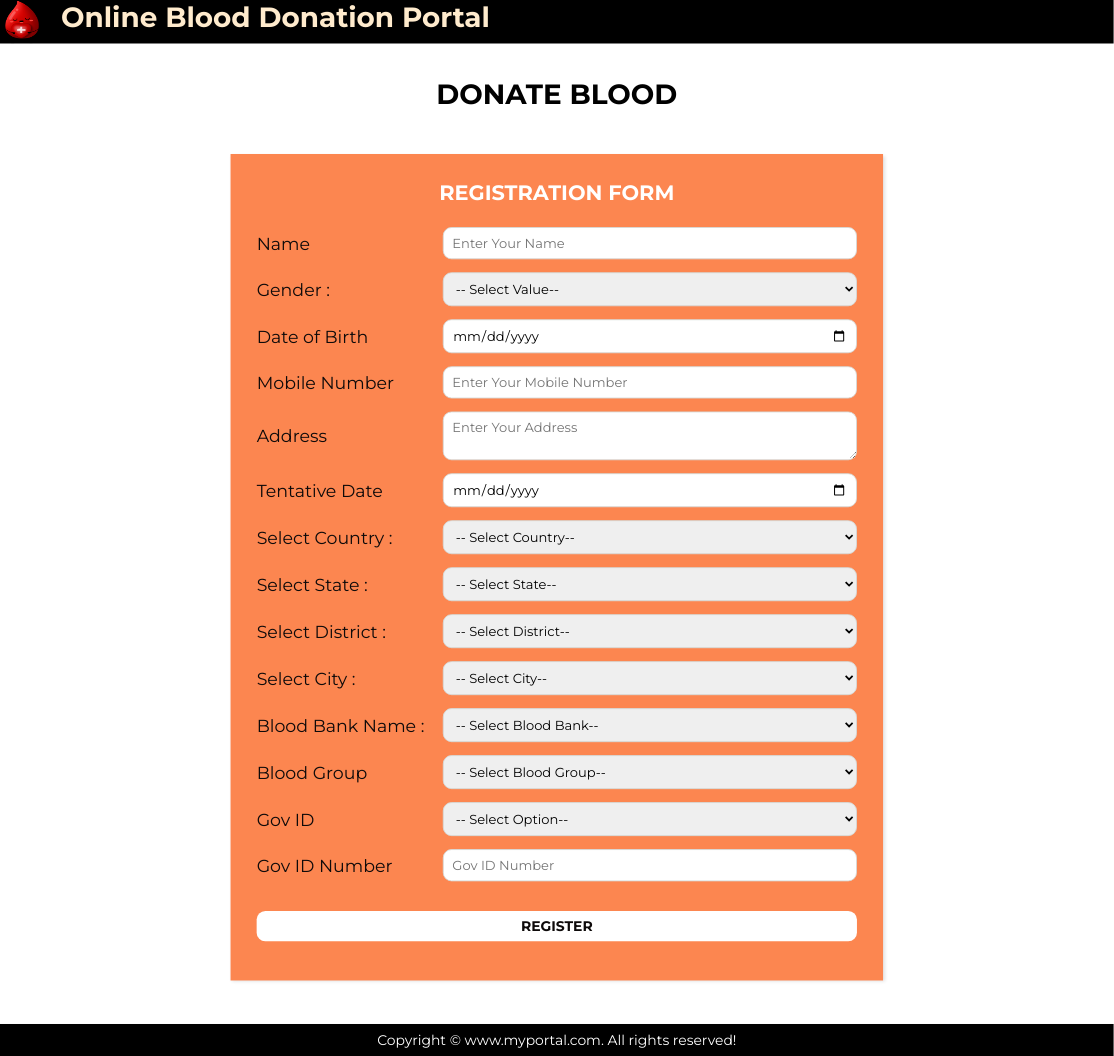
Repository: aditaya-burnwal/blood_donation_portal
Page: Donate Blood/donateblood.html
The author's editor kept a copy of each file at every save. The page is drawn from the files as they stood at one save, then again after the next save.
The browser window is 1280 px wide. The pictures show the whole page, at 87% of full size.

Above is the page before, as saved 2021-05-16 14:04:20.

After the next save:
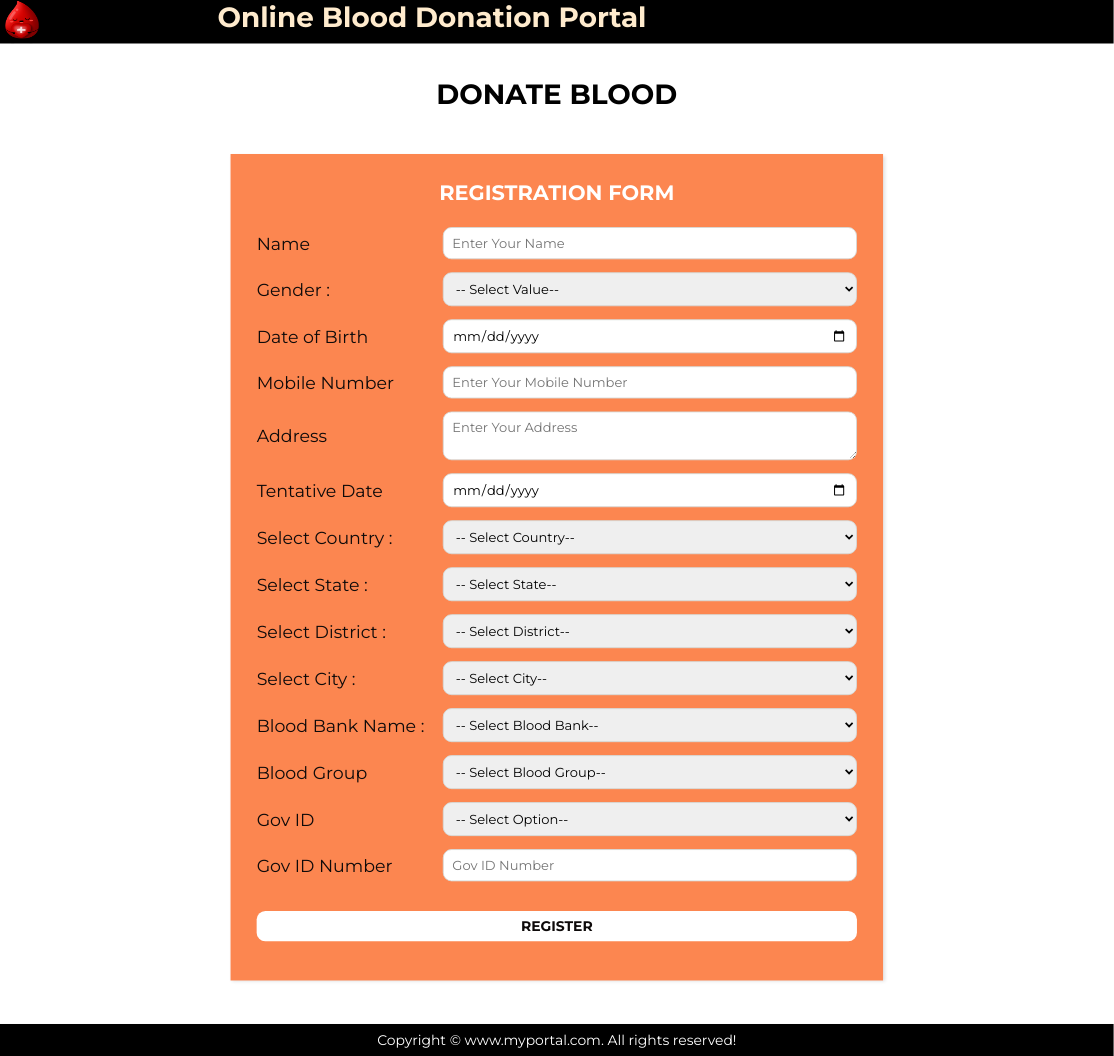
Saved 10 s later.
--- a/Donate Blood/donateblood.css
+++ b/Donate Blood/donateblood.css
@@ -139,7 +139,7 @@ html{
 
 #title{
     color: blanchedalmond;
-    margin-left: 20px;
+    margin-left: 200px;
     margin-right: 20px;
 }
 
